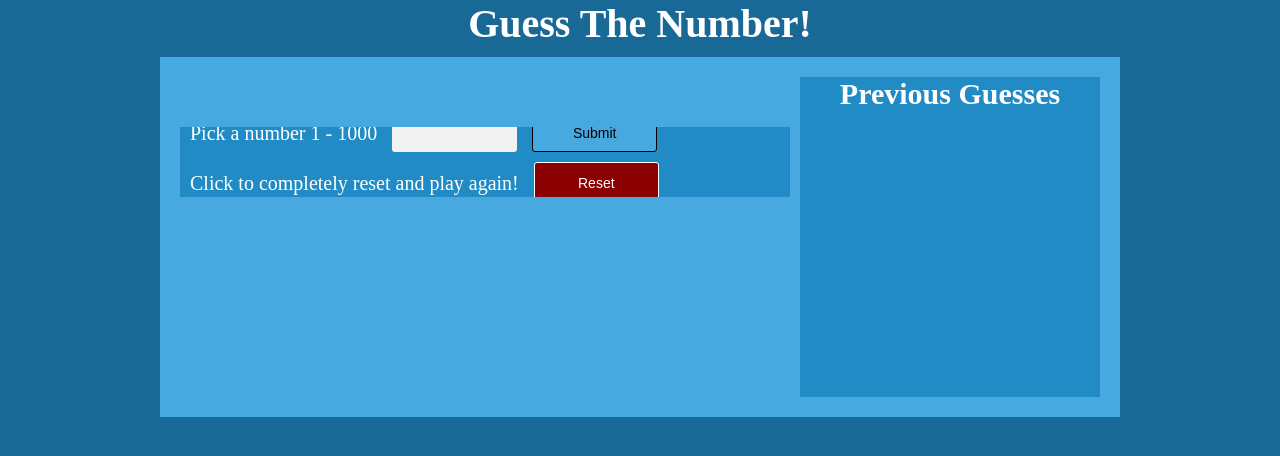
Repository: mlmEFSC21/P14-Guessing-Game
Page: guess.html
These files come from the project's save history. The page is drawn as it stood at one moment and after the next save; the edit follows.
The browser window is 1280 px wide. The pictures show the whole page.

Above is the page before, as saved 2022-03-19 14:25:53.

After the next save:
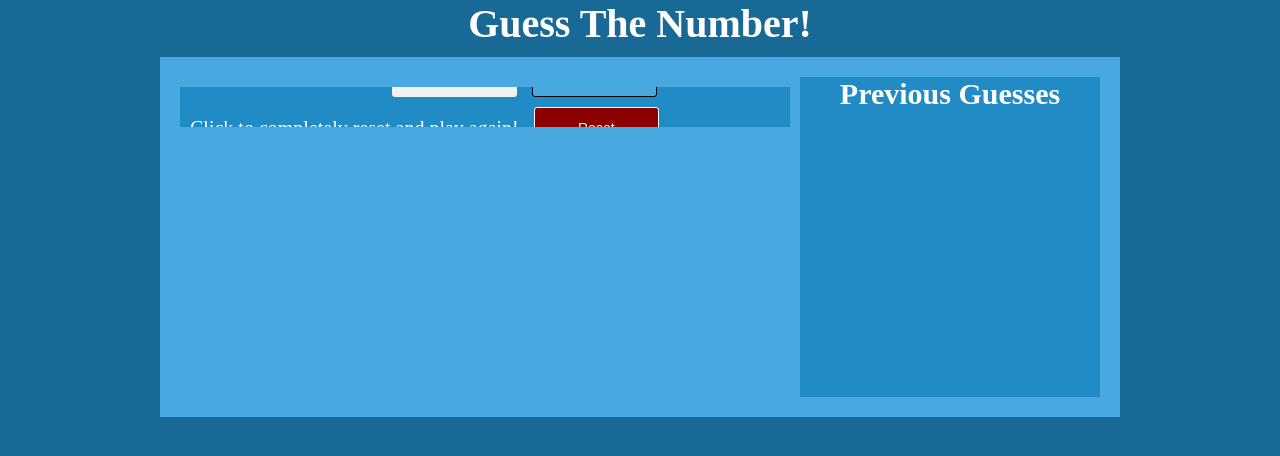
Saved 10 s later.
--- a/guess.css
+++ b/guess.css
@@ -39,8 +39,8 @@ body {
     flex-direction: column-reverse;
     margin: 10px auto;
     padding: 10px;
-    grid-column: 1/3;
-    grid-row: 2 / 4;
+    grid-column: 1 / 3;
+    grid-row: 1 / 2;
     height: 100%;
     justify-content: center;
     align-items: center;
